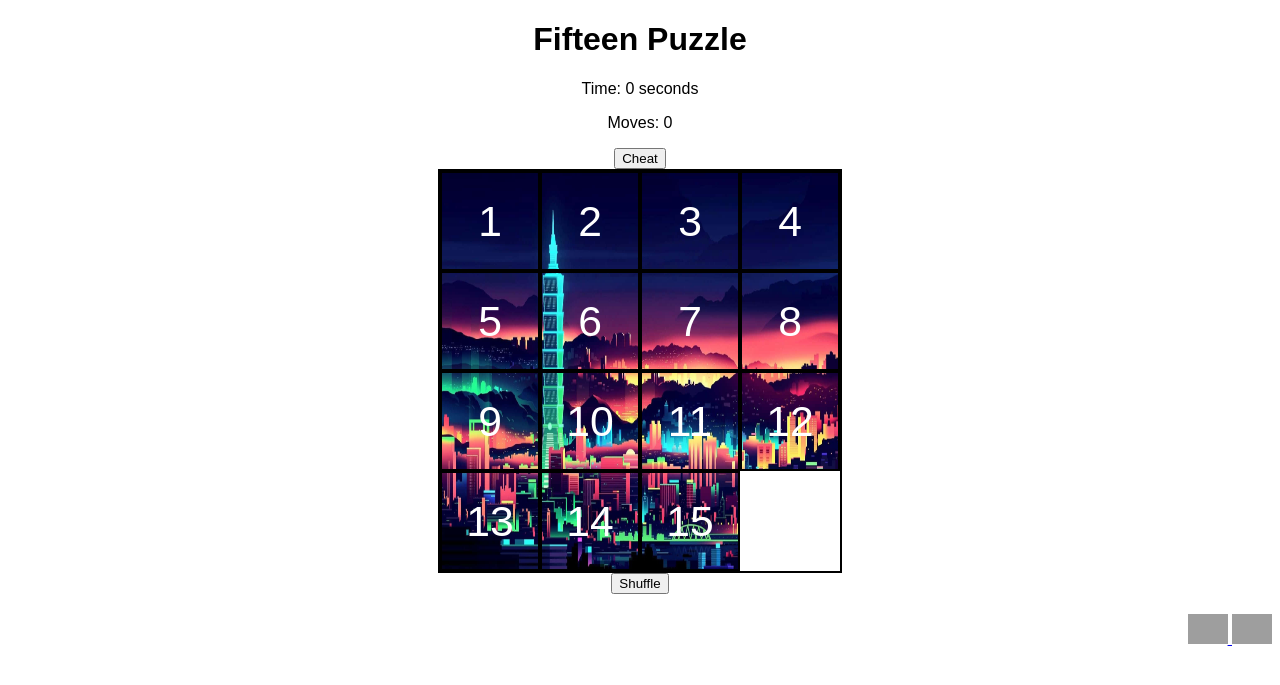
Repository: YummyFrog/WP_Project_2
Page: index.html
The author's editor kept a copy of each file at every save. The page is drawn from the files as they stood at one save, then again after the next save.
The browser window is 1280 px wide. The pictures show the whole page.
Pictures or frames that could not be fetched are drawn as grey boxes.

Above is the page before, as saved 2025-08-02 19:45:10.

### index.html
<!DOCTYPE html>
<html lang="en">
<head>
  <meta charset="UTF-8">
  <title>Fifteen Puzzle</title>
  <link rel="stylesheet" href="styles.css">
  <script defer src="fifteen.js"></script>
</head>
<body>

  <h1>Fifteen Puzzle</h1>

  <!-- Stats Panel -->
  <div id="stats">
    <p>Time: <span id="time">0</span> seconds</p>
    <p>Moves: <span id="moves">0</span></p>
    <button id="cheatbutton">Cheat</button>
  </div>

  <!-- Puzzle Area -->
  <div id="puzzlearea"></div>

  <!-- Shuffle Button -->
  <button id="shufflebutton">Shuffle</button>

  <!-- Win Message -->
  <div id="win-message" style="margin-top: 20px; font-weight: bold;"></div>

  <!-- Validators -->
  <p class="validators">
    <a href="https://validator.w3.org/" target="_blank">
      <img src="https://www.w3.org/html/logo/downloads/HTML5_Logo_64.png" alt="HTML Validator" height="30">
    </a>
    <a href="https://jigsaw.w3.org/css-validator/" target="_blank">
      <img src="https://jigsaw.w3.org/css-validator/images/vcss" alt="CSS Validator" height="30">
    </a>
  </p>

</body>
</html>

### styles.css
body {
  font-family: sans-serif;
  text-align: center;
}

#puzzlearea {
  width: 400px;
  height: 400px;
  margin: 0 auto;
  position: relative;
  border: 2px solid black;
}

.puzzlepiece {
  width: 96px;
  height: 96px;
  border: 2px solid black;
  position: absolute;
  font-size: 32pt;
  color: white;
  text-align: center;
  line-height: 96px;
  background-image: url("background1.jpg");
  background-size: 400px 400px;
  cursor: pointer;
  transition: all 0.2s ease;
}

.movablepiece {
  border-color: red !important;
  color: #006600 !important;
  text-decoration: underline;
}

.validators {
  text-align: right;
  margin-top: 20px;
}

### fifteen.js
// 15-Puzzle Game Implementation
// Grid is 4x4 with positions 0-15, where 15 is the blank space

let gameState = [];
let blankPosition = 15;
let tiles = [];
let timerInterval = null;
let timeElapsed = 0;
let moveCount = 0;
let gameStarted = false;
let currentTheme = 'background1'; // default theme

// Theme mapping
const themeImages = {
  'animals': 'animals.jpg',
  'nature': 'nature.jpg',
  'space': 'space.jpg',
  'ocean': 'background1.jpg', // fallback to default
  'desert': 'background1.jpg', // fallback to default
  'cityscape': 'background1.jpg', // fallback to default
  'marvel': 'background1.jpg', // fallback to default
  'retro': 'background1.jpg' // fallback to default
};

// Function to apply selected theme
function applySelectedTheme() {
  const selectedTheme = localStorage.getItem('selectedTheme');
  if (selectedTheme && themeImages[selectedTheme]) {
    currentTheme = themeImages[selectedTheme];
    console.log('Applied theme:', selectedTheme, '- Image:', currentTheme);

    // Update CSS for all puzzle pieces
    const style = document.createElement('style');
    style.textContent = `
      .puzzlepiece {
        background-image: url("${currentTheme}") !important;
      }
    `;
    document.head.appendChild(style);
  } else {
    currentTheme = 'background1.jpg';
    console.log('Using default theme:', currentTheme);
  }
}

// Debug function to check if elements exist
function debugElements() {
  const shuffleButton = document.getElementById('shufflebutton');
  const cheatButton = document.getElementById('cheatbutton');
  const puzzleArea = document.getElementById('puzzlearea');
  const timeElement = document.getElementById('time');
  const movesElement = document.getElementById('moves');
  const winMessage = document.getElementById('win-message');

  console.log('=== ELEMENT DEBUG INFO ===');
  console.log('Shuffle Button:', shuffleButton ? 'FOUND' : 'NOT FOUND');
  console.log('Cheat Button:', cheatButton ? 'FOUND' : 'NOT FOUND');
  console.log('Puzzle Area:', puzzleArea ? 'FOUND' : 'NOT FOUND');
  console.log('Time Element:', timeElement ? 'FOUND' : 'NOT FOUND');
  console.log('Moves Element:', movesElement ? 'FOUND' : 'NOT FOUND');
  console.log('Win Message:', winMessage ? 'FOUND' : 'NOT FOUND');
  console.log('========================');

  if (shuffleButton) {
    console.log('Shuffle Button Properties:', {
      tagName: shuffleButton.tagName,
      id: shuffleButton.id,
      className: shuffleButton.className,
      onclick: shuffleButton.onclick ? 'defined' : 'not defined'
    });
  }

  if (cheatButton) {
    console.log('Cheat Button Properties:', {
      tagName: cheatButton.tagName,
      id: cheatButton.id,
      className: cheatButton.className,
      onclick: cheatButton.onclick ? 'defined' : 'not defined'
    });
  }

  return {
    shuffleButton,
    cheatButton,
    puzzleArea,
    timeElement,
    movesElement,
    winMessage
  };
}

window.onload = function () {
  console.log('Window loaded, starting initialization...');

  // Debug elements first
  const elements = debugElements();

  if (!elements.puzzleArea) {
    console.error('CRITICAL: puzzlearea element not found!');
    return;
  }

  if (!elements.shuffleButton) {
    console.error('CRITICAL: shufflebutton element not found!');
    return;
  }

  if (!elements.cheatButton) {
    console.error('CRITICAL: cheatbutton element not found!');
    return;
  }

  // Apply selected theme
  applySelectedTheme();

  initializePuzzle();
  setupEventListeners();
  console.log('Initialization complete');
};

function initializePuzzle() {
  console.log('Initializing puzzle...');
  const puzzleArea = document.getElementById("puzzlearea");

  if (!puzzleArea) {
    console.error('Cannot initialize puzzle: puzzlearea not found');
    return;
  }

  // Initialize game state
  for (let i = 0; i < 15; i++) {
    gameState[i] = i + 1;
  }
  gameState[15] = 0; // blank space
  blankPosition = 15;

  console.log('Initial game state:', gameState);

  // Create tile elements
  for (let i = 1; i <= 15; i++) {
    const tile = document.createElement("div");
    tile.className = "puzzlepiece";
    tile.textContent = i;
    tile.setAttribute("data-number", i);

    updateTilePosition(tile, i - 1);

    tile.addEventListener("click", () => handleTileClick(i));
    tile.addEventListener("mouseenter", () => handleTileHover(tile, i));
    tile.addEventListener("mouseleave", () => handleTileUnhover(tile));

    puzzleArea.appendChild(tile);
    tiles[i] = tile;
  }

  console.log('Puzzle tiles created:', tiles.length - 1, 'tiles');
}

function setupEventListeners() {
  console.log('Setting up event listeners...');

  const shuffleButton = document.getElementById("shufflebutton");
  const cheatButton = document.getElementById("cheatbutton");

  if (shuffleButton) {
    shuffleButton.addEventListener("click", function() {
      console.log("=== SHUFFLE BUTTON CLICKED ===");
      shufflePuzzle();
      resetStats();
      startTimer();
      gameStarted = true;
      console.log("Game started, timer should be running");
      console.log("=============================");
    });
    console.log('Shuffle button listener attached');
  } else {
    console.error('FAILED: Could not attach listener to shuffle button');
  }

  if (cheatButton) {
    cheatButton.addEventListener("click", function() {
      console.log("=== CHEAT BUTTON CLICKED ===");
      if (gameStarted) {
        cheatSolve();
      } else {
        alert("Please shuffle the puzzle first!");
        console.log("Cheat blocked: game not started");
      }
      console.log("===========================");
    });
    console.log('Cheat button listener attached');
  } else {
    console.error('FAILED: Could not attach listener to cheat button');
  }
}

function updateTilePosition(tile, position) {
  const row = Math.floor(position / 4);
  const col = position % 4;
  tile.style.left = (col * 100) + "px";
  tile.style.top = (row * 100) + "px";

  const tileNumber = parseInt(tile.getAttribute("data-number"));
  const tileRow = Math.floor((tileNumber - 1) / 4);
  const tileCol = (tileNumber - 1) % 4;
  tile.style.backgroundPosition = `-${tileCol * 100}px -${tileRow * 100}px`;
}

function getPosition(tileNumber) {
  return gameState.indexOf(tileNumber);
}

function isAdjacent(pos1, pos2) {
  const row1 = Math.floor(pos1 / 4);
  const col1 = pos1 % 4;
  const row2 = Math.floor(pos2 / 4);
  const col2 = pos2 % 4;

  return (row1 === row2 && Math.abs(col1 - col2) === 1) ||
         (col1 === col2 && Math.abs(row1 - row2) === 1);
}

function canMoveTile(tileNumber) {
  const tilePos = getPosition(tileNumber);
  return isAdjacent(tilePos, blankPosition);
}

function handleTileClick(tileNumber) {
  if (!gameStarted) {
    alert("Please shuffle the puzzle first!");
    return;
  }

  if (canMoveTile(tileNumber)) {
    console.log('Moving tile:', tileNumber);
    moveTile(tileNumber);
    moveCount++;
    updateStats();
    if (checkIfSolved()) {
      showWinMessage();
      stopTimer();
    }
  }
}

function moveTile(tileNumber) {
  const tilePos = getPosition(tileNumber);
  gameState[blankPosition] = tileNumber;
  gameState[tilePos] = 0;
  blankPosition = tilePos;
  updateTilePosition(tiles[tileNumber], gameState.indexOf(tileNumber));
}

function handleTileHover(tile, tileNumber) {
  if (gameStarted && canMoveTile(tileNumber)) {
    tile.classList.add("movablepiece");
  }
}

function handleTileUnhover(tile) {
  tile.classList.remove("movablepiece");
}

function shufflePuzzle() {
  console.log("Starting shuffle...");

  // Reset to solved state first
  for (let i = 0; i < 15; i++) {
    gameState[i] = i + 1;
  }
  gameState[15] = 0;
  blankPosition = 15;

  // Perform random valid moves to shuffle
  for (let i = 0; i < 1000; i++) {
    const movableTiles = [];
    for (let tile = 1; tile <= 15; tile++) {
      if (canMoveTile(tile)) {
        movableTiles.push(tile);
      }
    }
    if (movableTiles.length > 0) {
      const randomTile = movableTiles[Math.floor(Math.random() * movableTiles.length)];
      moveTile(randomTile);
    }
  }

  // Update visual positions of all tiles
  for (let tileNumber = 1; tileNumber <= 15; tileNumber++) {
    const position = getPosition(tileNumber);
    updateTilePosition(tiles[tileNumber], position);
    tiles[tileNumber].classList.remove("movablepiece");
  }

  console.log("Shuffle completed");
  console.log("New game state:", gameState);
}

function startTimer() {
  console.log("=== STARTING TIMER ===");

  // Check if time element exists
  const timeElement = document.getElementById('time');
  if (!timeElement) {
    console.error('CRITICAL: time element not found - timer will not work!');
    return;
  }

  stopTimer(); // Clear any existing timer
  timeElapsed = 0;
  updateStats();

  timerInterval = setInterval(function() {
    timeElapsed++;
    updateStats();
    console.log("Timer tick:", timeElapsed + " seconds");
  }, 1000);

  console.log("Timer started successfully, interval ID:", timerInterval);
  console.log("=====================");
}

function stopTimer() {
  if (timerInterval) {
    console.log("Stopping timer, interval ID:", timerInterval);
    clearInterval(timerInterval);
    timerInterval = null;
  }
}

function resetStats() {
  console.log("Resetting stats...");
  timeElapsed = 0;
  moveCount = 0;
  updateStats();

  const winMessage = document.getElementById("win-message");
  if (winMessage) {
    winMessage.textContent = "";
  }
  console.log("Stats reset complete");
}

function updateStats() {
  const timeElement = document.getElementById("time");
  const movesElement = document.getElementById("moves");

  if (timeElement) {
    timeElement.textContent = timeElapsed;
  } else {
    console.error('Cannot update time: time element not found');
  }

  if (movesElement) {
    movesElement.textContent = moveCount;
  } else {
    console.error('Cannot update moves: moves element not found');
  }
}

function showWinMessage() {
  const winMessage = document.getElementById("win-message");
  if (winMessage) {
    winMessage.textContent = "🎉 Puzzle Solved! Great job!";
  }
  saveGameStats(moveCount, timeElapsed);
}

function checkIfSolved() {
  for (let i = 0; i < 15; i++) {
    if (gameState[i] !== i + 1) return false;
  }
  return gameState[15] === 0;
}

function cheatSolve() {
  console.log("=== CHEAT SOLVE STARTED ===");

  if (checkIfSolved()) {
    alert("Puzzle is already solved!");
    return;
  }

  console.log("Current state before cheat:", [...gameState]);

  // Stop the timer immediately
  stopTimer();

  // Solve instantly with animation
  solveInstantly();
}

function solveInstantly() {
  console.log("Solving puzzle instantly...");

  // Set all tiles to their correct positions
  for (let i = 0; i < 15; i++) {
    gameState[i] = i + 1;
  }
  gameState[15] = 0;
  blankPosition = 15;

  console.log("New solved state:", [...gameState]);

  // Animate all tiles to correct positions
  for (let tileNumber = 1; tileNumber <= 15; tileNumber++) {
    const tile = tiles[tileNumber];
    if (tile) {
      tile.style.transition = "all 0.3s ease-in-out";
      updateTilePosition(tile, tileNumber - 1);
      tile.classList.remove("movablepiece");
    }
  }

  // Remove transitions after animation and show win message
  setTimeout(() => {
    for (let tileNumber = 1; tileNumber <= 15; tileNumber++) {
      if (tiles[tileNumber]) {
        tiles[tileNumber].style.transition = "";
      }
    }
    showWinMessage();
    console.log("Cheat solve completed");
  }, 300);
}

function saveGameStats(moves, timeElapsed) {
  fetch("save_game.php", {
    method: "POST",
    headers: {
      "Content-Type": "application/x-www-form-urlencoded"
    },
    body: `moves=${moves}&time=${timeElapsed}`
  }).then(res => {
    if (res.ok) {
      console.log("✅ Game stats saved to server.");
    } else {
      console.error("❌ Failed to save game stats.");
    }
  }).catch(err => {
    console.error("❌ Error saving game stats:", err);
  });
}

After the next save:
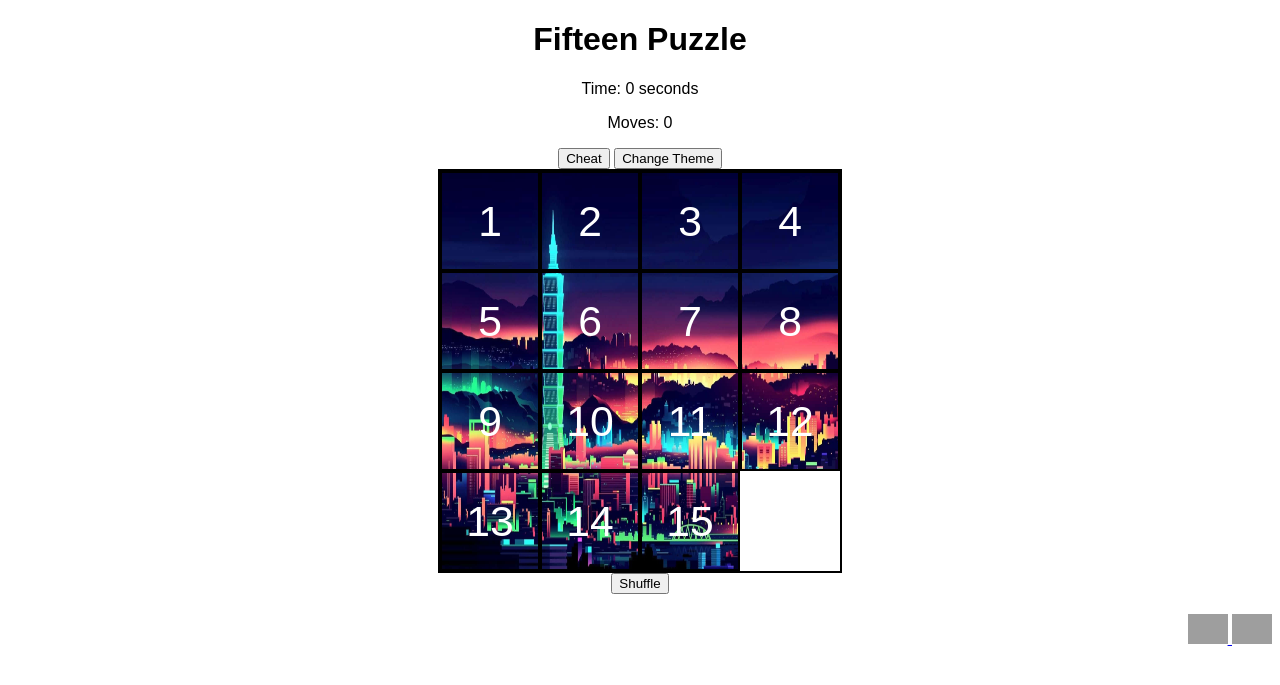
Saved 10 s later.
--- a/index.html
+++ b/index.html
@@ -15,6 +15,7 @@
     <p>Time: <span id="time">0</span> seconds</p>
     <p>Moves: <span id="moves">0</span></p>
     <button id="cheatbutton">Cheat</button>
+    <button id="themebutton" onclick="window.location.href='menu.html'">Change Theme</button>
   </div>
 
   <!-- Puzzle Area -->
